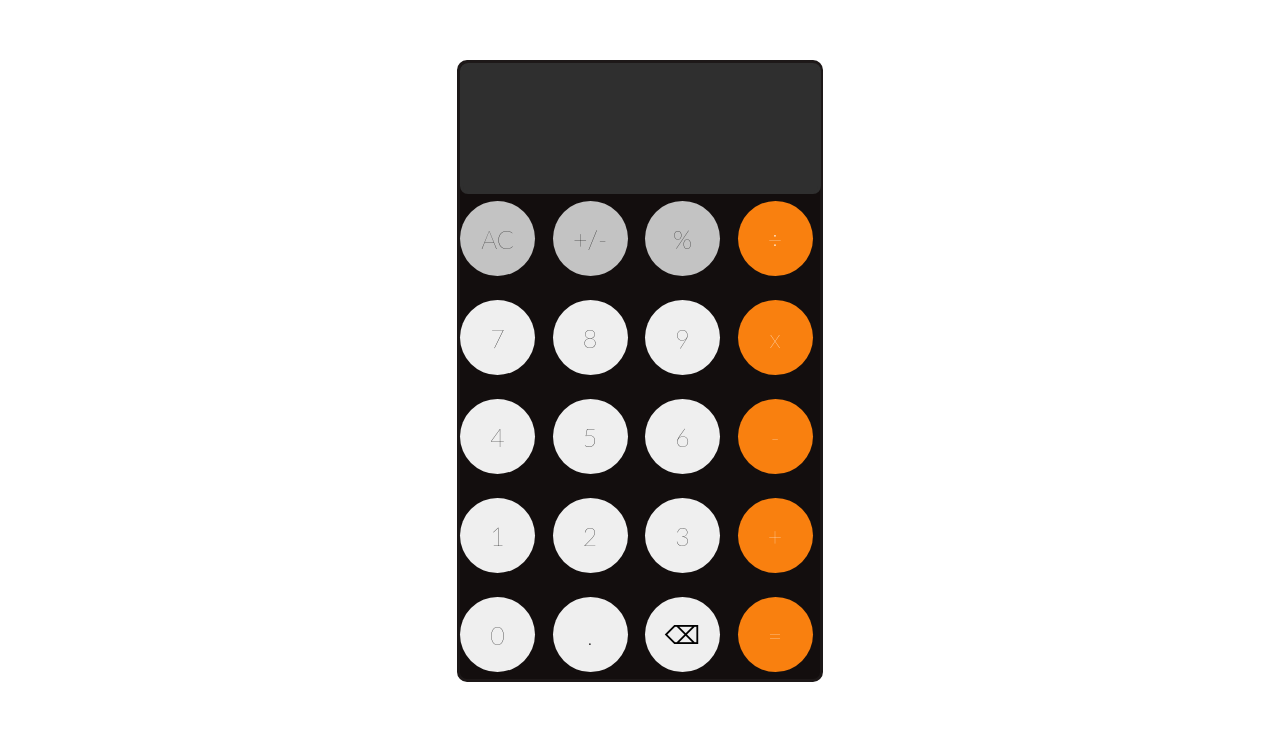
Repository: MhlengiNgubane/BrainnestJsTwo
Page: index.html
An editor plug-in stored every save of this project. The page is shown before and after the next save, followed by the edit.
The browser window is 1280 px wide. The pictures show the whole page.

Above is the page before, as saved 2022-09-11 18:35:09.

After the next save:
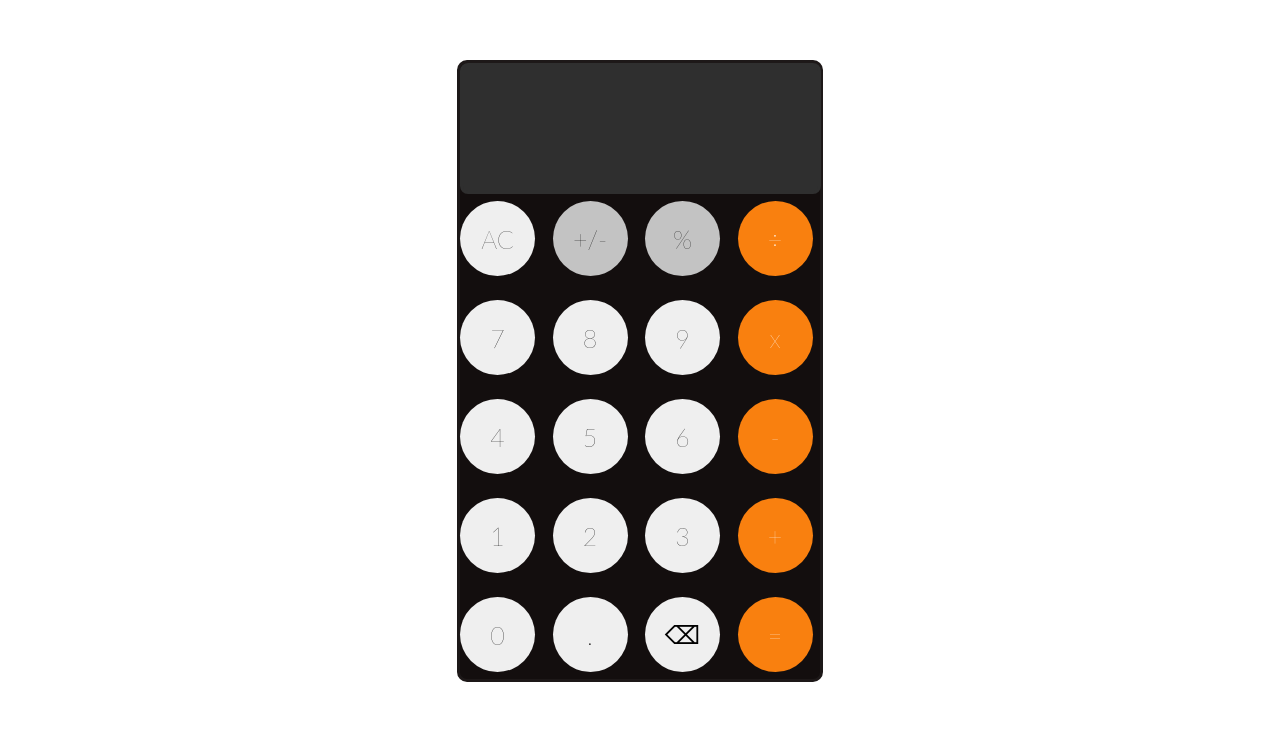
Saved 6 h 36 min later.
--- a/index.html
+++ b/index.html
@@ -12,7 +12,7 @@
         <div class = "calculator">
             <div class = "display"><p></p></div>
             <div class = "buttons">
-                <button id = "AC" value="AC">AC</button>
+                <button id = class="o" "AC" value="AC">AC</button>
                 <button id = "plus_minus" value="+/-">+/-</button>
                 <button id = "percent" value="%">%</button>
                 <button class="operator" value="/">&divide</button>

After the 5 saves that followed:
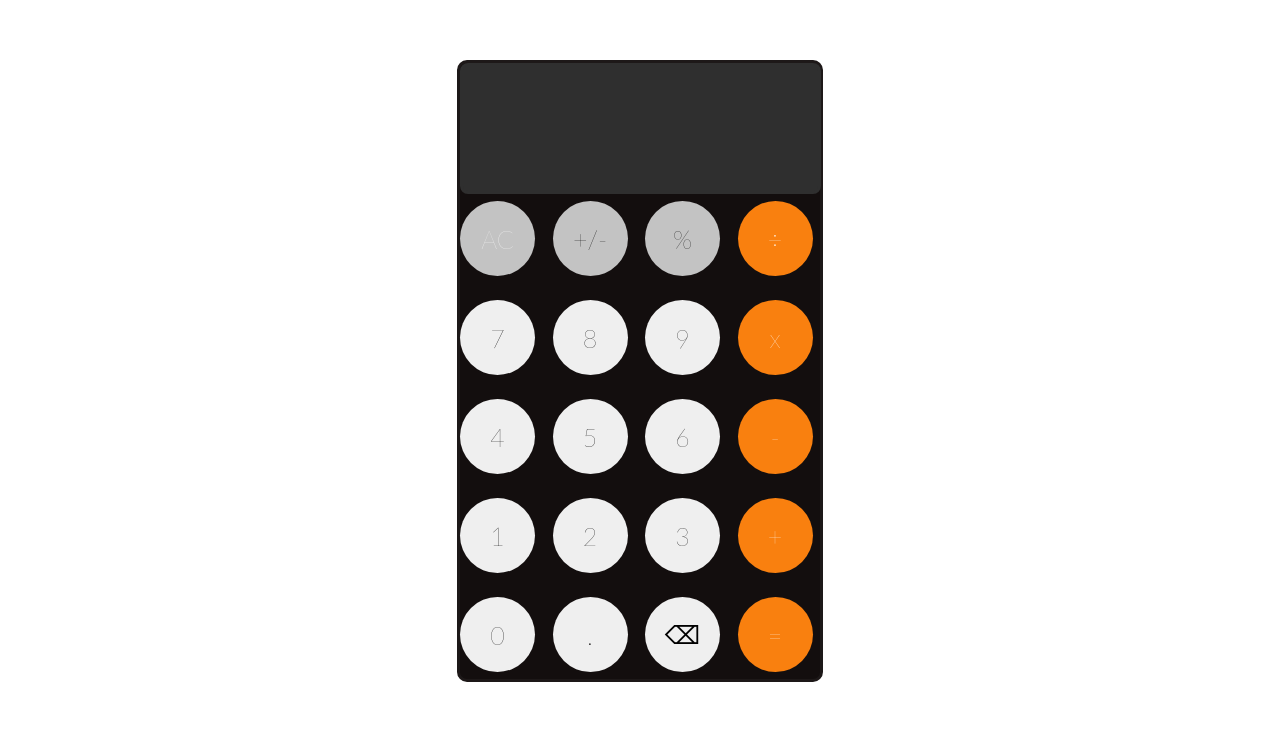
The 5 saves are shown as one change because 1 left the picture as it was and some came seconds apart.
The last was saved 38 s later.
--- a/index.html
+++ b/index.html
@@ -12,7 +12,7 @@
         <div class = "calculator">
             <div class = "display"><p></p></div>
             <div class = "buttons">
-                <button id = class="o" "AC" value="AC">AC</button>
+                <button id = "AC" class="operator" value="AC">AC</button>
                 <button id = "plus_minus" value="+/-">+/-</button>
                 <button id = "percent" value="%">%</button>
                 <button class="operator" value="/">&divide</button>
